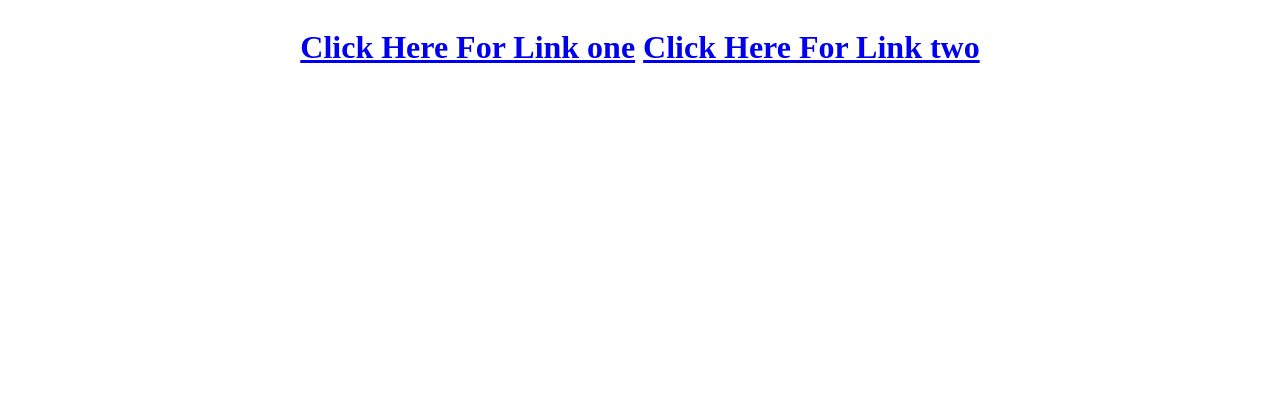
Repository: deeptimahisare1206/Spring_MVC
Page: http://localhost/Spring_MVC_1/
These files come from the project's save history. The page is drawn as it stood at one moment and after the next save; the edit follows.
The browser window is 1280 px wide. The pictures show the whole page.
The page is served by Tomcat 9.

Above is the page before, as saved 2024-11-26 11:42:01.

After the next save:
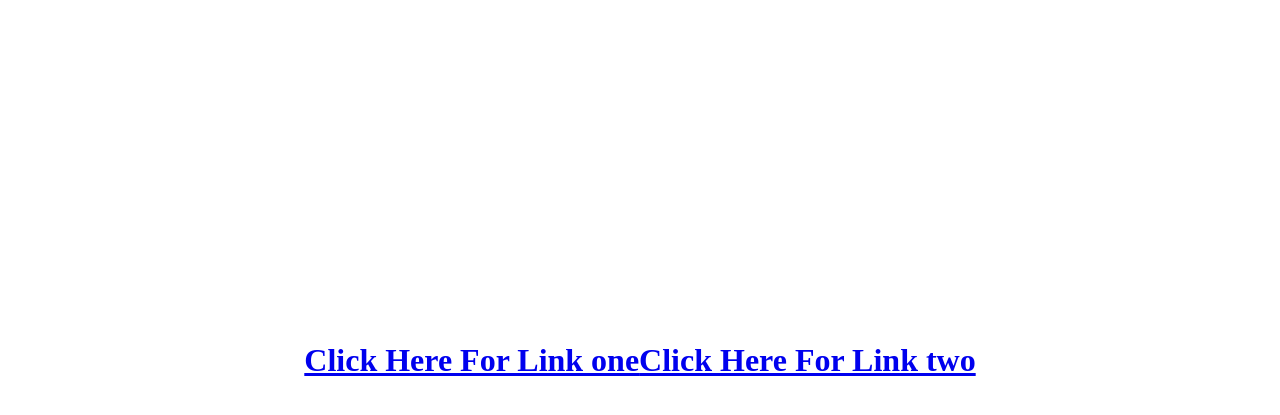
Saved 52 s later.
--- a/Spring_MVC_1/src/main/webapp/index.jsp
+++ b/Spring_MVC_1/src/main/webapp/index.jsp
@@ -5,10 +5,12 @@
 
 body {
 	background-color: #5cdcdcd;
+	display: grid;
+	place-items:center;
+
+}
+h1{
 	display: flex;
-	place-items:center;
-	flex-direction: column;
-
 }
 
 </style>
